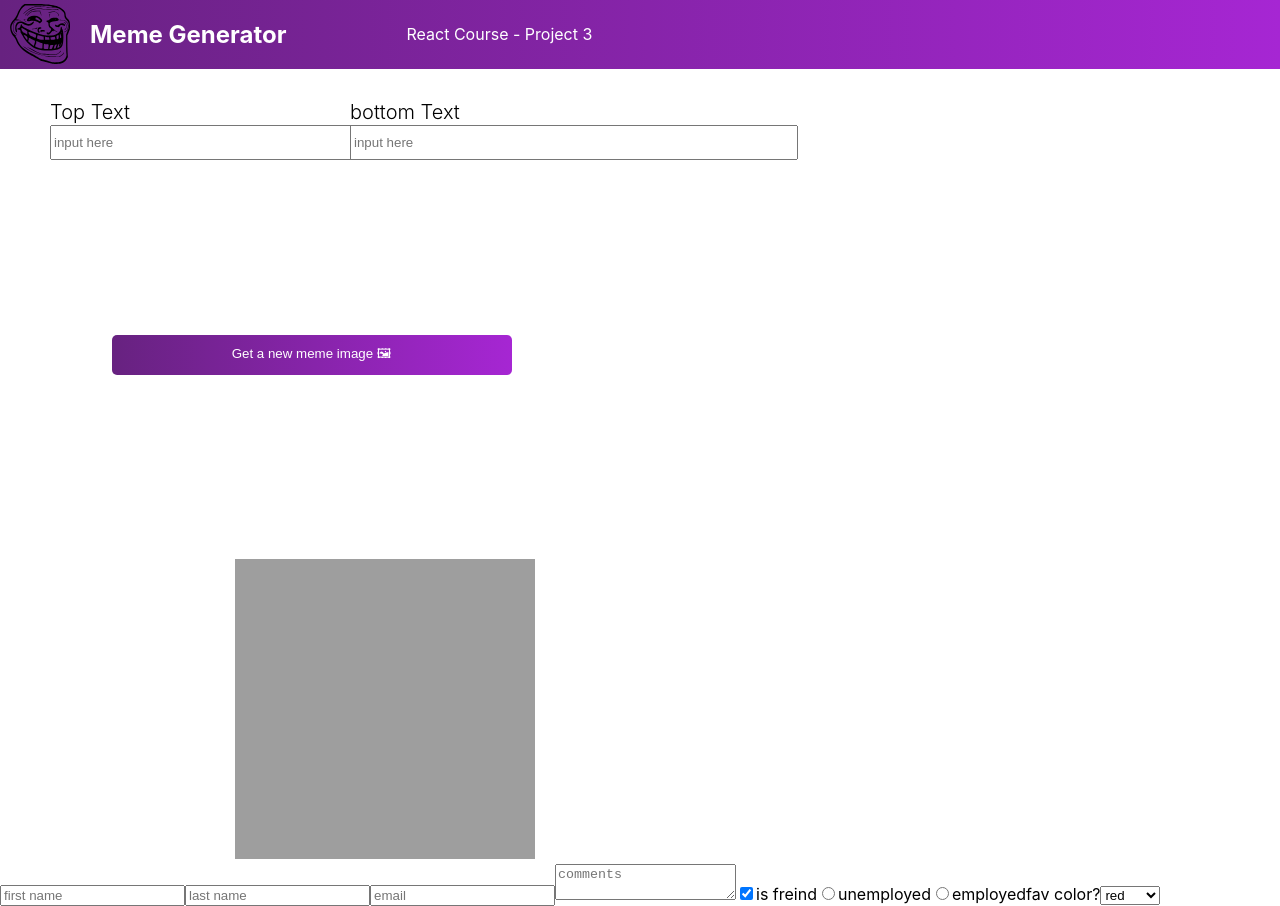
Repository: mortiestmorty1/meme-generator-react
Page: /
The author's editor kept a copy of each file at every save. The page is drawn from the files as they stood at one save, then again after the next save.
The browser window is 1280 px wide. The pictures show the whole page.
Pictures or frames that could not be fetched are drawn as grey boxes. The project was rebuilt for these pictures with package versions that can differ from the ones it lists, and the page was loaded fresh each time. Also part of the build but not shown: src/components/box.js.

Above is the page before, as saved 2024-01-20 21:46:00.

After the next save:
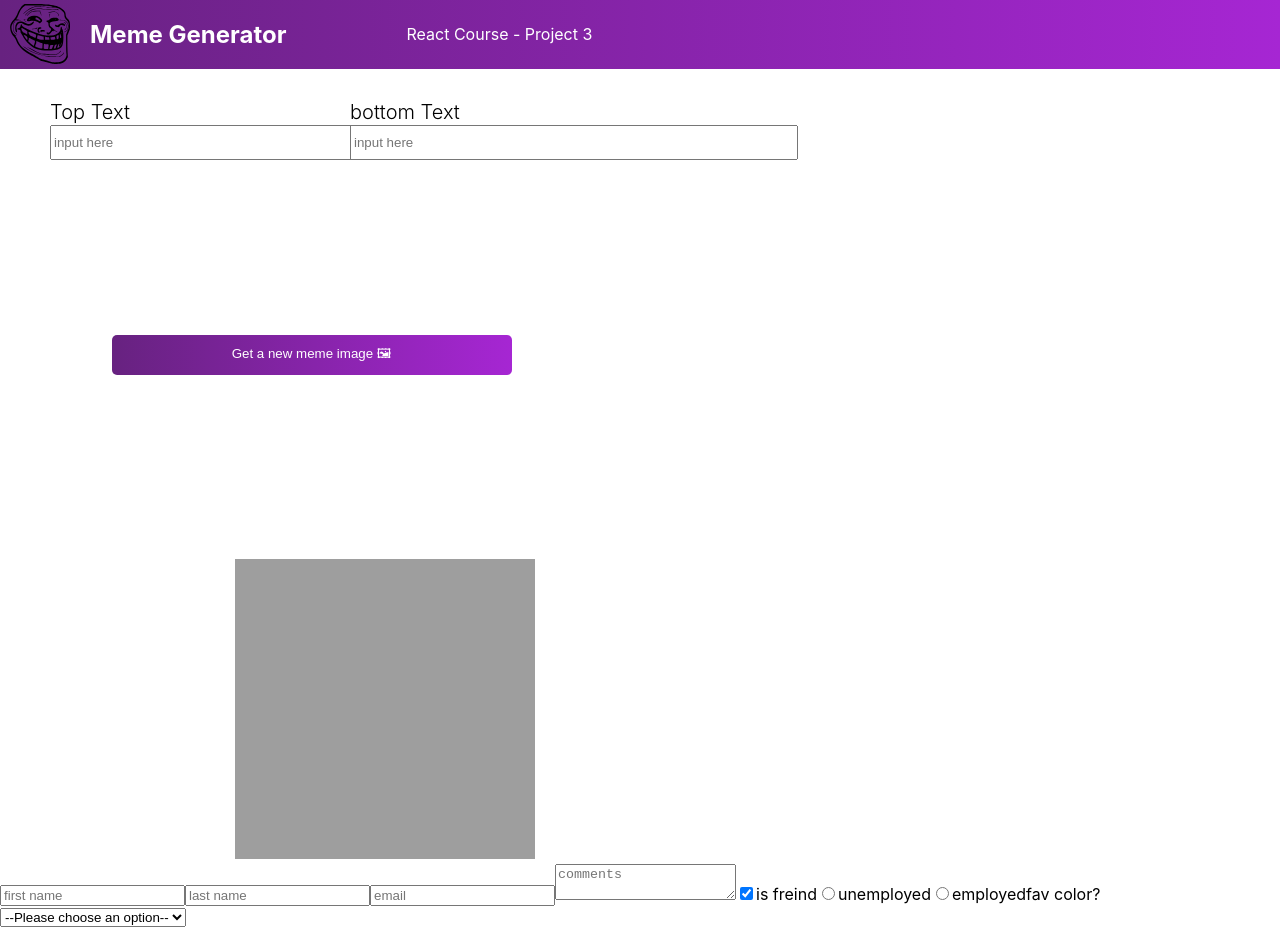
Saved 62 s later.
--- a/src/App.js
+++ b/src/App.js
@@ -91,6 +91,7 @@ function handleChange(event) {
       value={name.favcolor}
       onChange={handleChange}
       name='favcolor'>
+        <option value="">--Please choose an option--</option>
         <option value="red">red</option>
         <option value="blue">blue</option>
         <option value="green">green</option>
